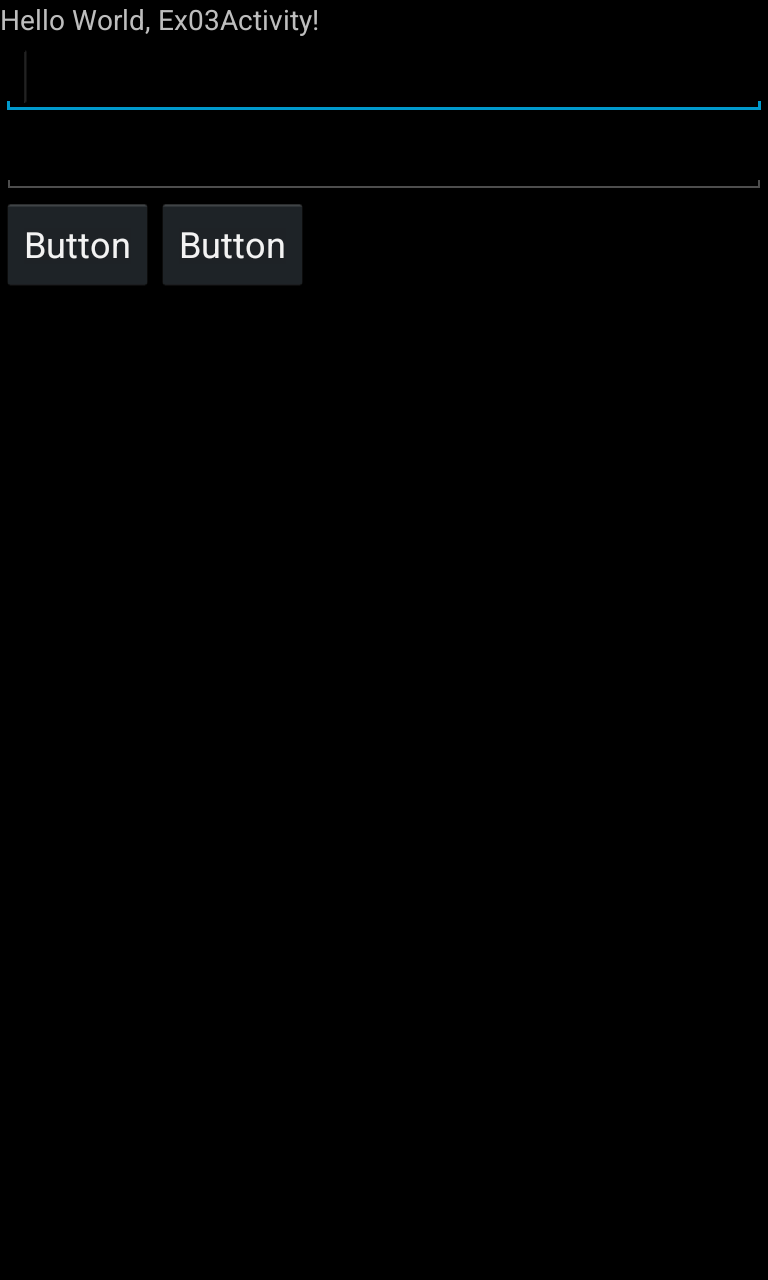
Repository: oldherokingsley/android_homework
Layout: Ex03/res/layout/main.xml
An editor plug-in stored every save of this project. The layout is shown before and after the next save, followed by the edit.
It is drawn on a 768 x 1280 px phone screen (xhdpi) without system bars, with theme android:Theme.Holo; the app's code is not run.

Above is the layout before, as saved 2012-10-16 08:56:20.

### Ex03/res/layout/main.xml
<?xml version="1.0" encoding="utf-8"?>
<LinearLayout xmlns:android="http://schemas.android.com/apk/res/android"
    android:layout_width="fill_parent"
    android:layout_height="fill_parent"
    android:orientation="vertical" >

    <TextView
        android:layout_width="fill_parent"
        android:layout_height="wrap_content"
        android:text="@string/hello"
        android:id="@+id/text"    />

    <EditText
        android:id="@+id/editText1"
        android:layout_width="match_parent"
        android:layout_height="wrap_content"
        android:ems="10"
        android:inputType="textPersonName" >

        <requestFocus />
    </EditText>

    <EditText
        android:id="@+id/editText2"
        android:layout_width="match_parent"
        android:layout_height="wrap_content"
        android:ems="10"
        android:inputType="textPassword" />

    <LinearLayout
        android:layout_width="match_parent"
        android:layout_height="wrap_content" >

        <Button
            android:id="@+id/button1"
            android:layout_width="wrap_content"
            android:layout_height="wrap_content"
            android:text="Button" />

        <Button
            android:id="@+id/button2"
            android:layout_width="wrap_content"
            android:layout_height="wrap_content"
            android:layout_gravity="right"
            android:text="Button" />

    </LinearLayout>

</LinearLayout>

### Ex03/res/values/strings.xml
<?xml version="1.0" encoding="utf-8"?>
<resources>

    <string name="hello">Hello World, Ex03Activity!</string>
    <string name="app_name">Ex03</string>

</resources>

After the next save:
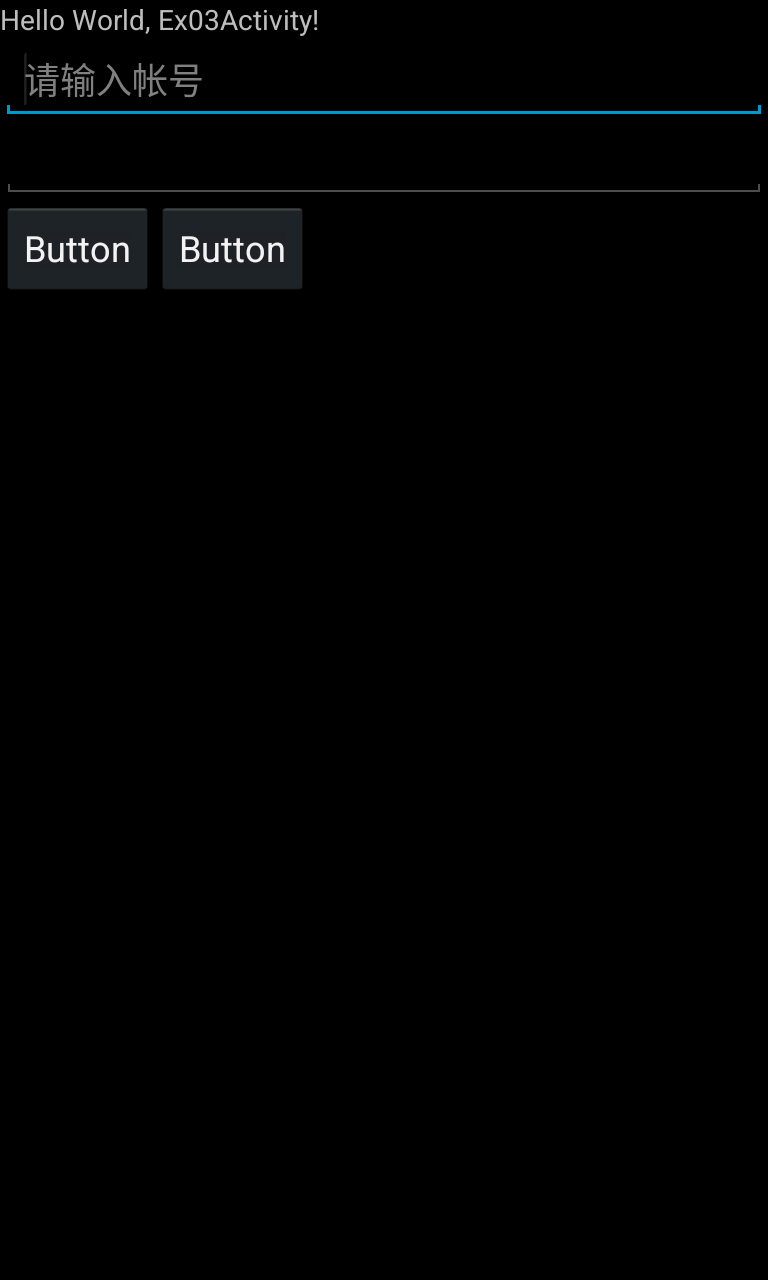
Saved 44 s later.
--- a/Ex03/res/layout/main.xml
+++ b/Ex03/res/layout/main.xml
@@ -15,7 +15,8 @@
         android:layout_width="match_parent"
         android:layout_height="wrap_content"
         android:ems="10"
-        android:inputType="textPersonName" >
+        android:inputType="textPersonName"
+        android:hint="请输入帐号">
 
         <requestFocus />
     </EditText>
